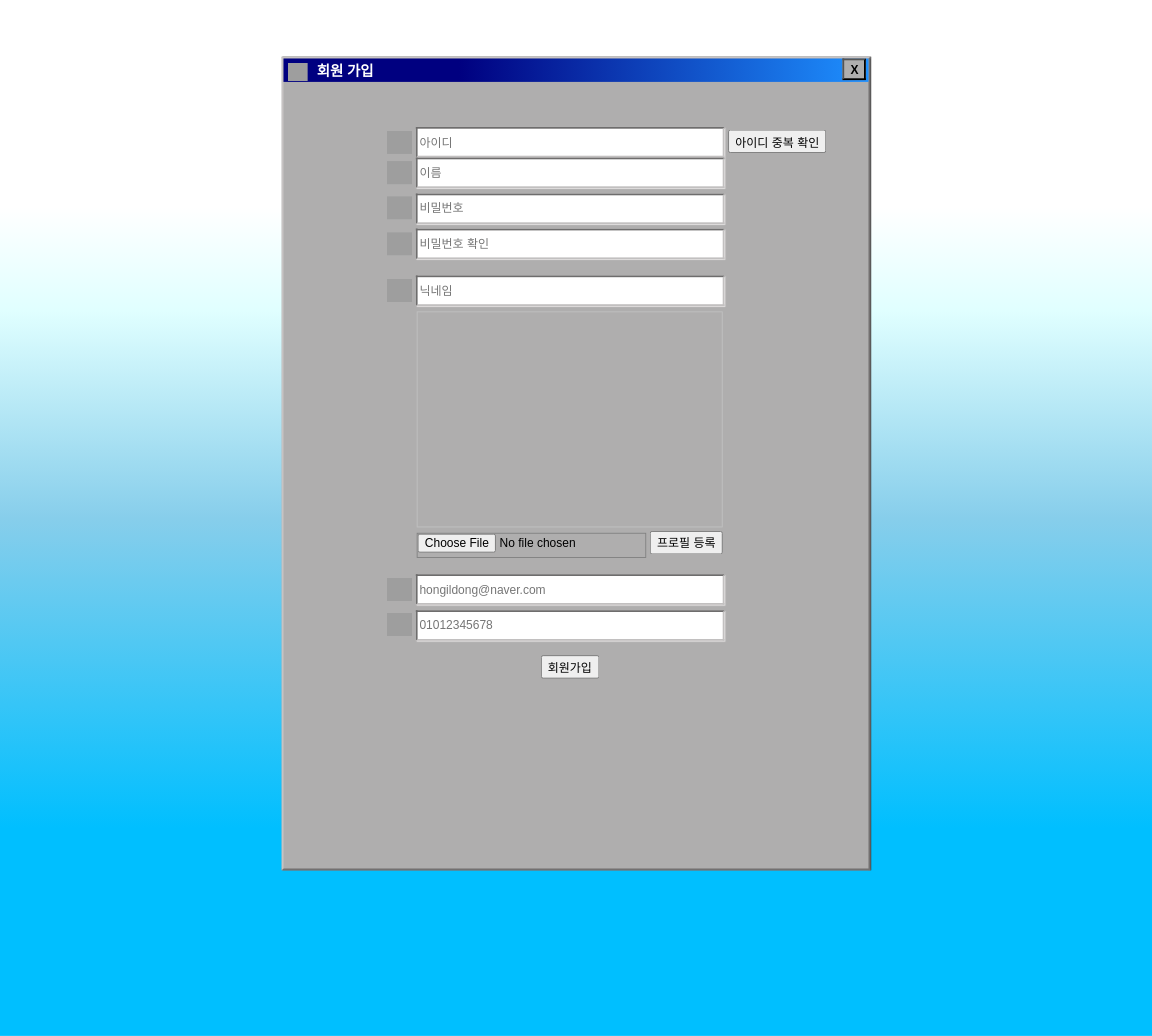
Repository: SEOGWANGWON/semi-finally
Page: http://localhost/semi_team/SHINeeRegister.jsp
These files come from the project's save history. The page is drawn as it stood at one moment and after the next save; the edit follows.
The browser window is 1280 px wide. The pictures show the whole page, at 90% of full size.
Pictures or frames that could not be fetched are drawn as grey boxes. The page is served by Tomcat 9.

Above is the page before, as saved 2023-11-17 05:59:50.

After the next save:
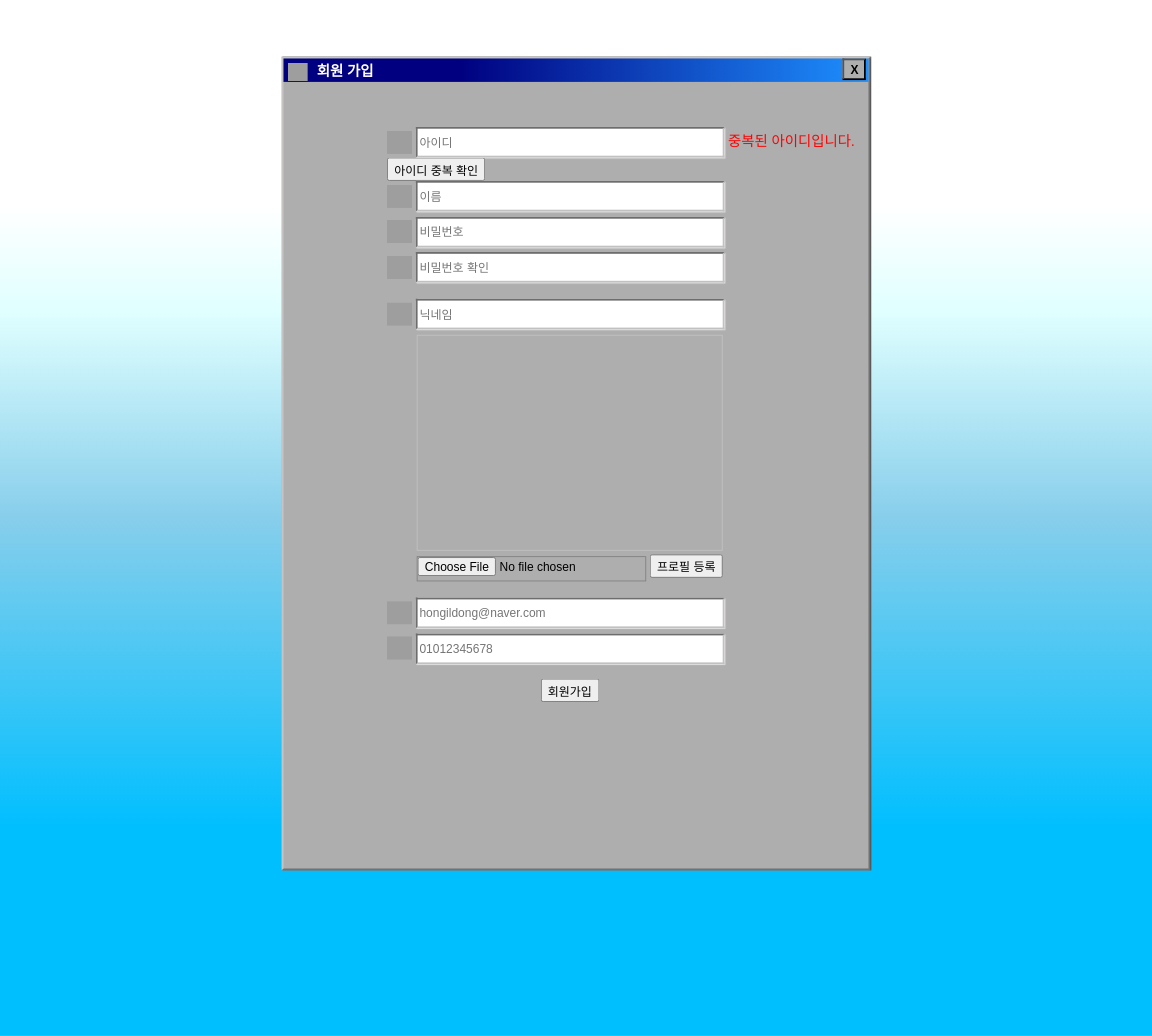
Saved 7 min 50 s later.
--- a/semi_team/src/main/webapp/SHINeeRegister.jsp
+++ b/semi_team/src/main/webapp/SHINeeRegister.jsp
@@ -19,11 +19,14 @@
 	                    </label>
 	                    <input id="id" name="id" type="text" oninput="idCheck()"  placeholder="아이디" autocomplete="off">
 	                    									<!--  oninput = 입력할때마다 실시간 체크   autocomplete="off" 자동완성 기능 off -->
+	                    									<%
+	                    									out.println("<span style='color: red;'> 중복된 아이디입니다. </span>");
+	                    									%>
 	                    <button id="idButton" name="idButton" onsubmit="return idDbCheck()">아이디 중복 확인</button> <!--  onclick="idDbCheck()" -->
 	                    <span id="ruleid"></span> <!--  <input type="hidden" name="idCheckBox" id="idCheckBox" value="idUnCheck">  -->
 	                </form>
                 <form id="createAccount" action="SHINeeRegisterServlet" method="post" enctype="multipart/form-data">
-	                <input type="hidden" name="idValue" value="<%=request.getParameter("email")%>">
+	                <input type="hidden" name="idValue" value="<%=request.getParameter("id")%>">
 	                <div>
 	                    <label for="name">
 	                        <img class="iconImg" src="images/name.png">
